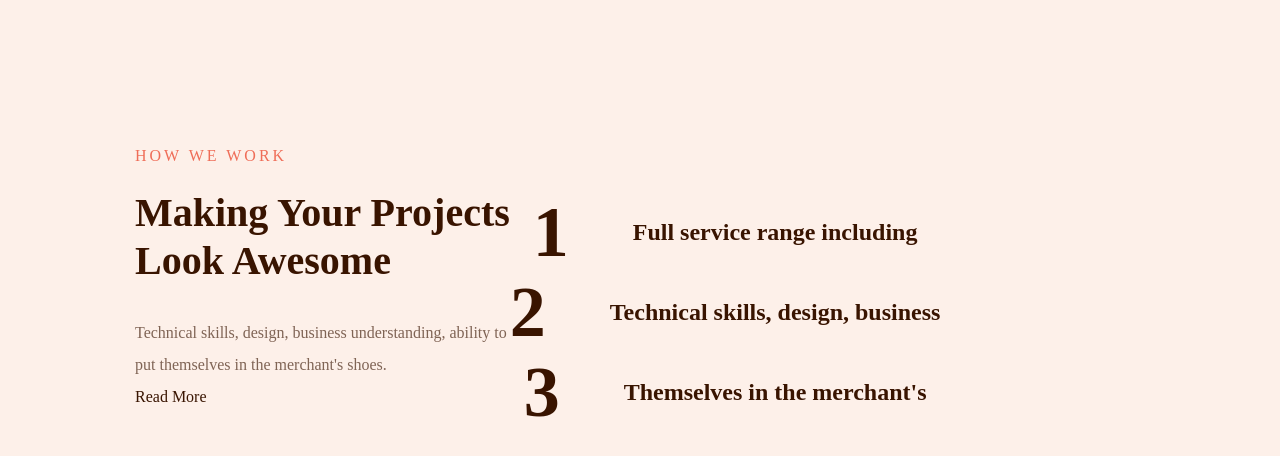
Repository: kubrazamanova/Project-3
Page: index.html
The author's editor kept a copy of each file at every save. The page is drawn from the files as they stood at one save, then again after the next save.
The browser window is 1280 px wide. The pictures show the whole page.

Above is the page before, as saved 2023-09-13 19:21:57.

### index.html
<!DOCTYPE html>
<html lang="en">
  <head>
    <meta charset="UTF-8" />
    <meta name="viewport" content="width=device-width, initial-scale=1.0" />
    <link rel="stylesheet" href="index.css" />
    <title>Document</title>
  </head>
  <body>
    <div class="container">
   <div class="text-container">
    <h1>How we work</h1>
    <h2>
      Making Your Projects <br />
      Look Awesome
    </h2>
    <p>
      Technical skills, design, business understanding, ability to <br />
      put themselves in the merchant's shoes.
    </p>
    <a href="#">Read More</a>

   </div>


        <ul>
          <li>
            <span>1</span>
            <h4>Full service range including</h4>
          </li>
          <li>
            <span>2</span>
            <h4>Technical skills, design, business</h4>
          </li>
          <li>
            <span>3</span>
            <h4>Themselves in the merchant's</h4>
          </li>
        </ul>

    </div>
  </body>
</html>

### index.css
* {
  margin: 0;
  padding: 0;
  box-sizing: border-box;
}

.container {
  padding: 140px 0 236px 135px;
  min-height: 100vh;
  background-color: #fdf0e9;
  display: flex;
}
.container h1 {
  color: var(--Text_Dark_Accent, #ef6d58);
  font-feature-settings: "clig" off, "liga" off;
  font-family: Epilogue;
  font-size: 16px;
  font-style: normal;
  font-weight: 400;
  line-height: 32px;
  letter-spacing: 3px;
  text-transform: uppercase;
}
.container h2 {
  margin-top: 17px;
  color: var(--Text_Dark, #391400);
  font-feature-settings: "clig" off, "liga" off;
  font-family: Epilogue;
  font-size: 40px;
  font-style: normal;
  font-weight: 800;
  line-height: 48px;
}

.container p {
  margin-top: 32px;
  color: var(--Text_Dark_Gray, rgba(57, 20, 0, 0.64));
  font-feature-settings: "clig" off, "liga" off;
  font-family: Epilogue;
  font-size: 16px;
  font-style: normal;
  font-weight: 400;
  line-height: 32px;
}

.container a {
  margin-top: 28px;
  color: var(--Text_Dark, #391400);
  font-feature-settings: "clig" off, "liga" off;
  font-family: Epilogue;
  font-size: 16px;
  font-style: normal;
  font-weight: 400;
  line-height: 32px;
  text-decoration: none;
}

.container ul {
  display: flex;
  align-items: center;
  justify-content: center;
  flex-direction: column;
}

.container ul li {
  display: flex;
  align-items: center;
  list-style-type: none;
}

.container ul li span {
  margin-right: 66px;
  color: #391400;
  font-feature-settings: "clig" off, "liga" off;
  font-family: Epilogue;
  font-size: 72px;
  font-style: normal;
  font-weight: 800;
  line-height: 80px;
  letter-spacing: -2px;
}

.container ul li h4 {
  color: var(--Text_Dark, #391400);
  font-feature-settings: "clig" off, "liga" off;
  font-family: Epilogue;
  font-size: 24px;
  font-style: normal;
  font-weight: 700;
  line-height: 32px;
}

After the next save:
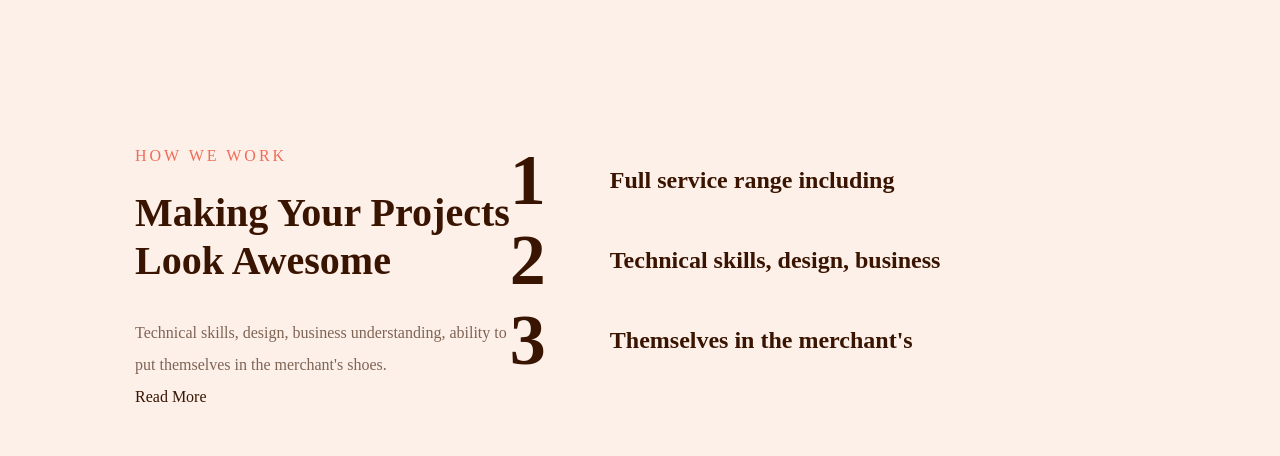
Saved 44 s later.
--- a/index.css
+++ b/index.css
@@ -56,10 +56,10 @@
 }
 
 .container ul {
-  display: flex;
+  /* display: flex;
   align-items: center;
   justify-content: center;
-  flex-direction: column;
+  flex-direction: column; */
 }
 
 .container ul li {
